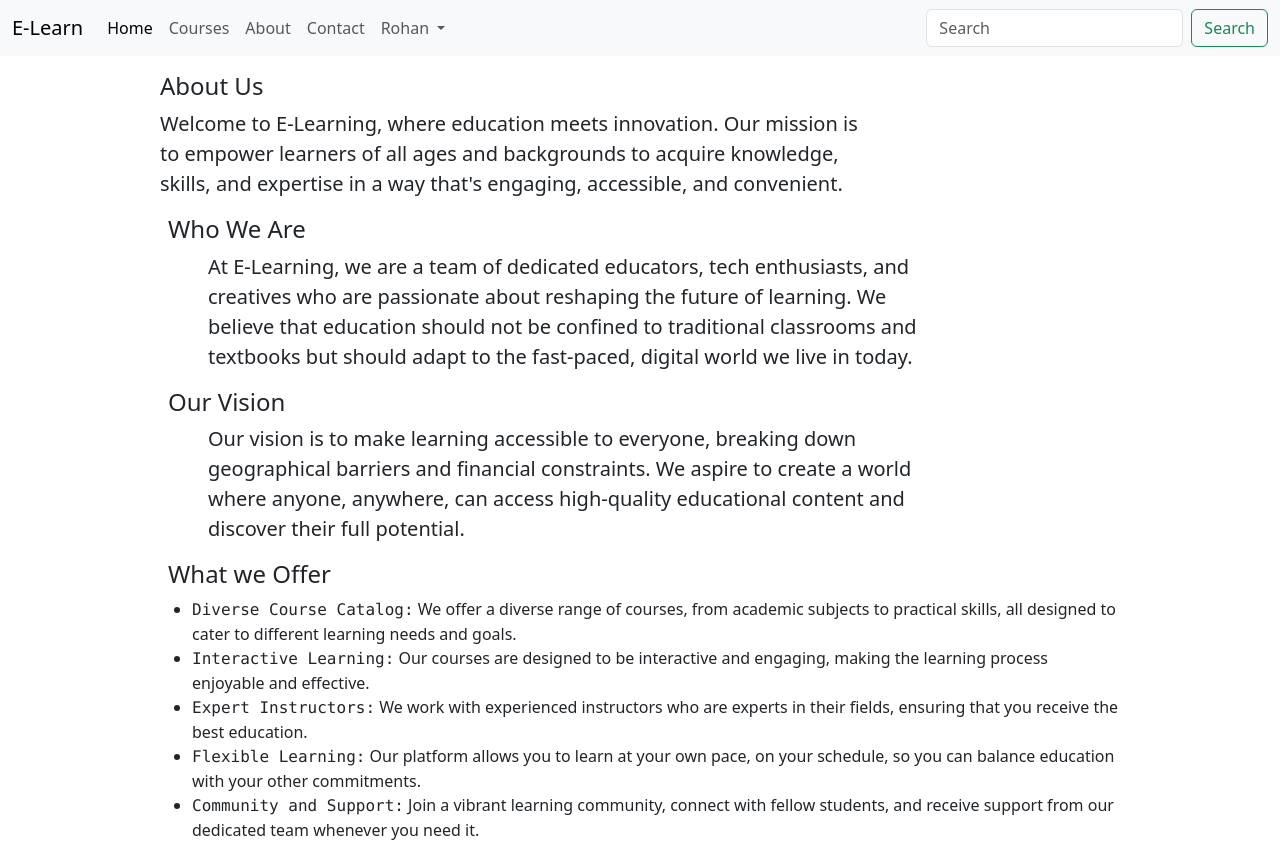
Repository: syni18/bootstrap_elarn
Page: About.html
The author's editor kept a copy of each file at every save. The page is drawn from the files as they stood at one save, then again after a run of saves.
The browser window is 1280 px wide. The pictures show the whole page.

Above is the page before, as saved 2023-10-25 23:22:29.

After the next 4 saves:
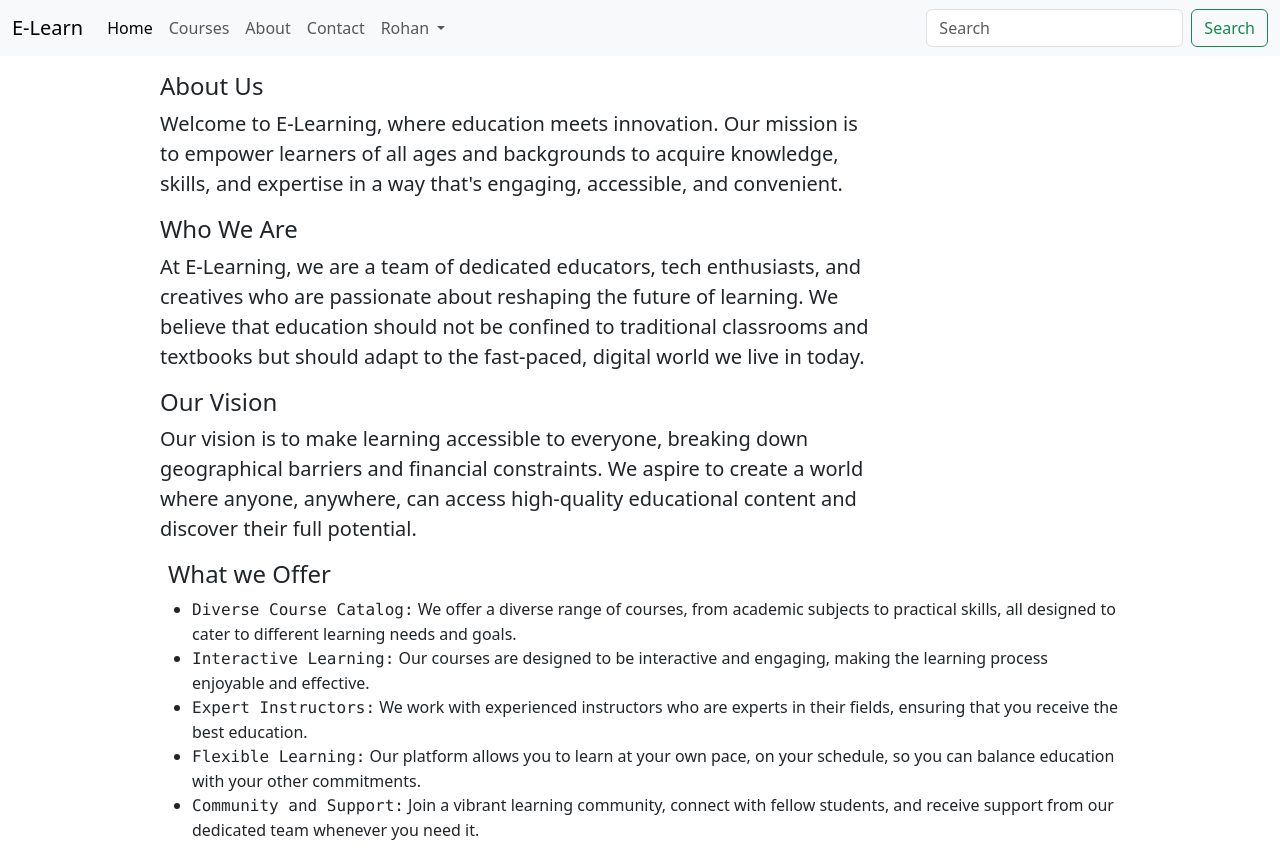
The 4 saves are shown as one change because they came seconds apart.
The last was saved 13 s later.
--- a/About.html
+++ b/About.html
@@ -52,12 +52,12 @@
     <p class="w-75  lead">Welcome to E-Learning, where education meets innovation. Our mission is to empower learners of all ages and backgrounds to acquire knowledge, skills, and expertise in a way that's engaging, accessible, and convenient.</p>
 </div>
 <div class="mt-3">
-    <h6 class="fs-4 ms-2">Who We Are</h6>
-    <p class="w-75 ms-5 lead">At E-Learning, we are a team of dedicated educators, tech enthusiasts, and creatives who are passionate about reshaping the future of learning. We believe that education should not be confined to traditional classrooms and textbooks but should adapt to the fast-paced, digital world we live in today.</p>
+    <h6 class="fs-4">Who We Are</h6>
+    <p class="w-75 lead">At E-Learning, we are a team of dedicated educators, tech enthusiasts, and creatives who are passionate about reshaping the future of learning. We believe that education should not be confined to traditional classrooms and textbooks but should adapt to the fast-paced, digital world we live in today.</p>
 </div>
 <div class="mt-3">
-    <h6 class="fs-4 ms-2">Our Vision</h6>
-    <p class="w-75 ms-5 lead">Our vision is to make learning accessible to everyone, breaking down geographical barriers and financial constraints. We aspire to create a world where anyone, anywhere, can access high-quality educational content and discover their full potential.</p>
+    <h6 class="fs-4 ">Our Vision</h6>
+    <p class="w-75  lead">Our vision is to make learning accessible to everyone, breaking down geographical barriers and financial constraints. We aspire to create a world where anyone, anywhere, can access high-quality educational content and discover their full potential.</p>
 </div>
 <div class="mt-3">
     <h6 class="fs-4 ms-2">What we Offer</h6>
